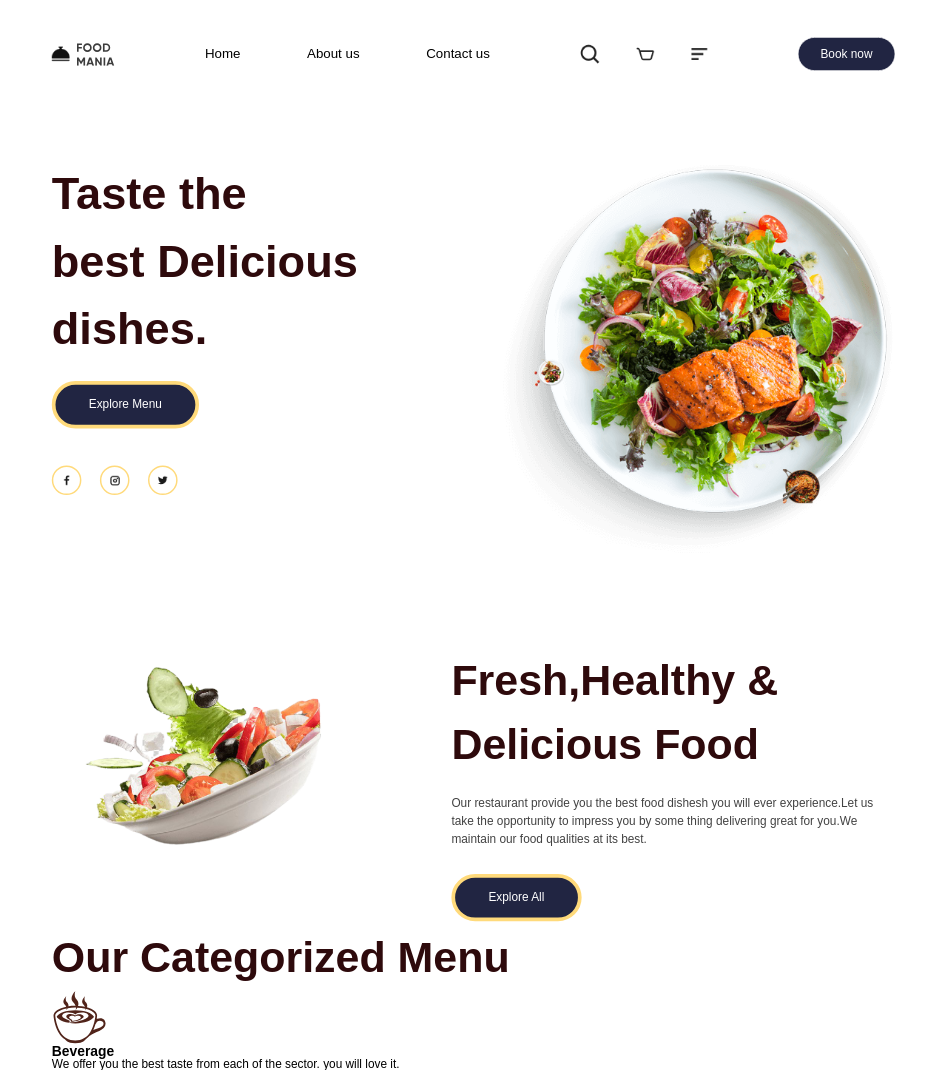
Repository: hoang0508/Figmafood
Page: index.html
The author's editor kept a copy of each file at every save. The page is drawn from the files as they stood at one save, then again after the next save.
The browser window is 1280 px wide. The pictures show the whole page, at 74% of full size.
The style sheet was rebuilt from its Sass, Less or Tailwind sources for each picture, by a compiler version that may differ from the author's.

Above is the page before, as saved 2021-11-08 10:18:54.

### index.html
<!DOCTYPE html>
<html lang="en">
  <head>
    <meta charset="UTF-8" />
    <meta http-equiv="X-UA-Compatible" content="IE=edge" />
    <meta name="viewport" content="width=device-width, initial-scale=1.0" />
    <title>LandingPage Food</title>
    <link
      rel="stylesheet"
      href="https://cdnjs.cloudflare.com/ajax/libs/font-awesome/4.7.0/css/font-awesome.min.css"
      integrity="sha512-SfTiTlX6kk+qitfevl/7LibUOeJWlt9rbyDn92a1DqWOw9vWG2MFoays0sgObmWazO5BQPiFucnnEAjpAB+/Sw=="
      crossorigin="anonymous"
      referrerpolicy="no-referrer"
    />
    <link rel="preconnect" href="https://fonts.googleapis.com" />
    <link rel="preconnect" href="https://fonts.gstatic.com" crossorigin />
    <link
      href="https://fonts.googleapis.com/css2?family=Poppins:wght@300;400;500;600;700&display=swap"
      rel="stylesheet"
    />
    <link rel="stylesheet" href="./css/app.css" />
  </head>
  <body>
    <div class="wrapper">
      <header class="header">
        <div class="container">
          <div class="header-container d-flex--between">
            <div class="header-logo d-flex--center">
              <img src="./images/logo.png" alt="" />
              <img src="./images/FOOD MANIA.svg" alt="" />
            </div>
            <ul class="header-list d-flex--center">
              <li class="header-item">
                <a href="#" class="header-link">Home</a>
              </li>
              <li class="header-item">
                <a href="#" class="header-link">About us</a>
              </li>
              <li class="header-item">
                <a href="#" class="header-link">Contact us</a>
              </li>
            </ul>
            <div class="header-icon d-flex--center">
              <a href="#" class="icon-link">
                <img src="./images/icon-search.png" alt="" />
              </a>
              <a href="#" class="icon-link">
                <img src="./images/icon-cart.png" alt="" />
              </a>
              <a href="#" class="icon-link">
                <img src="./images/icon-bars.png" alt="" />
              </a>
            </div>
            <button class="button button--primary">Book now</button>
          </div>
        </div>
      </header>
      <main>
        <section class="hero">
          <div class="container">
            <div class="hero-container d-flex--between">
              <div class="hero-content">
                <h3 class="hero-title">
                  Taste the <span>best Delicious</span> dishes.
                </h3>
                <button class="button button--primary button--secondary">
                  Explore Menu
                </button>
                <div class="hero-social d-flex--center">
                  <a href="#" class="social-icon">
                    <img src="./images/facebook.png" alt="" />
                  </a>
                  <a href="#" class="social-icon">
                    <img src="./images/instagram.png" alt="" />
                  </a>
                  <a href="#" class="social-icon">
                    <img src="./images/twitter.png" alt="" />
                  </a>
                </div>
              </div>
              <div class="hero-image">
                <div class="hero-image--big">
                  <img
                    src="./images/kisspng-hamburger-street-food-seafood-fast-food-delicious-food-5a75083cceaf41 1.png"
                    alt=""
                  />
                </div>
                <div class="hero-image--small-top">
                  <img src="./images/dlf 1.png" alt="" />
                </div>
                <div class="hero-image--small-bottom">
                  <img
                    src="./images/Pad-Thai_1-removebg-preview 1.png"
                    alt=""
                  />
                </div>
              </div>
            </div>
          </div>
        </section>
        <section class="about">
          <div class="container">
            <div class="about-container d-flex--between">
              <div class="about-image">
                <img
                  src="./images/imgbin-greek-salad-recipe-vegetarian-cuisine-everyday-super-food-salad-plate-gEMC3ig2LzciXACd5pm3EKWBe-removebg-preview 1.png"
                  alt=""
                />
              </div>
              <div class="about-content">
                <h3 class="heading-title">Fresh,Healthy & Delicious Food</h3>
                <p class="text-desc">
                  Our restaurant provide you the best food dishesh you will ever
                  experience.Let us take the opportunity to impress you by some
                  thing delivering great for you.We maintain our food qualities
                  at its best.
                </p>
                <button class="button button--primary button--secondary">
                  Explore All
                </button>
              </div>
            </div>
          </div>
        </section>
        <section class="menu">
          <div class="container">
            <div class="menu-container">
              <h3 class="heading-title">Our Categorized Menu</h3>
              <div class="menu-list">
                <div class="menu-item">
                  <div class="menu-image">
                    <img
                      src="./images/emojione-monotone_hot-beverage.svg"
                      alt=""
                    />
                  </div>
                  <h3 class="menu-title">Beverage</h3>
                  <p class="menu-desc">
                    We offer you the best taste from each of the sector. you
                    will love it.
                  </p>
                </div>
              </div>
            </div>
          </div>
        </section>
      </main>
    </div>
  </body>
</html>

### sass/app.scss
@import "variable";
@import "reset";
@import "global";
@import "typography";
@import "header";
@import "hero";
@import "about";

### sass/variable.scss
$primary-color: #212542;
$secondary-color: #2e0a0c;
$border-color: #ffda7b;
$text-color-box: #424242;
$text-color-small: #747474;

### sass/reset.scss
html {
  box-sizing: border-box;
}
* {
  margin: 0;
  padding: 0;
}
*,
*:before,
*:after {
  box-sizing: border-box;
}
input,
textarea,
select,
button {
  outline: none;
}
input {
  line-height: normal;
}
label,
button {
  cursor: pointer;
}
a {
  text-decoration: none;
}
img {
  display: block;
  max-width: 100%;
}

ul,
li {
  list-style: none;
}

### sass/global.scss
.wrapper {
  max-width: 1440px;
  margin: 0 auto;
  overflow: hidden;
}

.container {
  max-width: 1170px;
  margin: 0 auto;
  padding: 0 15px;
}

body {
  font-family: "Popins", sans-serif;
  line-height: 1;
  font-size: 16px;
}

body::-webkit-scrollbar {
  width: 7px;
}

body::-webkit-scrollbar-thumb {
  background-color: $primary-color;
  border-radius: 10px;
}

.d-flex--center {
  display: flex;
  align-items: center;
}

.d-flex--between {
  display: flex;
  justify-content: space-between;
  align-items: center;
}

.button {
  display: inline-block;
  color: #fff;
  background-color: $primary-color;
  border: 0;
  &--primary {
    font-size: 16px;
    font-weight: 500;
    line-height: calc(24 / 16);
    padding: 10px 30px;
    background: #212542;
    border: 1.5px solid #ffffff;
    border-radius: 100px;
    display: flex;
    align-items: center;
    justify-content: center;
  }
  &--secondary {
    padding: 15px 45px;
    border-width: 5px;
    border-color: $border-color;
  }
}

### sass/typography.scss
.heading-title {
  font-size: 58px;
  font-weight: 600;
  line-height: calc(87 / 58);
  color: $secondary-color;
}

.text-desc {
  font-size: 16px;
  font-weight: 500;
  line-height: calc(27 / 18);
  padding: 25px 0 35px;
  color: $text-color-box;
}

### sass/_header.scss
.header {
  margin-top: 50px;
  margin-bottom: 121px;
  &-logo {
    gap: 10px;
  }
  &-list {
    gap: 0 90px;
    font-size: 18px;
    font-weight: 500;
  }
  &-item {
    position: relative;
  }
  &-link {
    position: relative;
    color: #000000;
  }
  &-link:after {
    content: "";
    position: absolute;
    display: block;
    width: 0;
    height: 3px;
    background-color: $primary-color;
    bottom: -8px;
    border-radius: 5px;
    transition: all 0.3s linear;
  }
  &-link:hover::after {
    width: 100%;
    transition: all 0.3s linear;
  }
  &-icon {
    gap: 0 50px;
  }
}

### sass/_hero.scss
.hero {
  padding-bottom: 120px;
  &-container {
    align-items: stretch;
  }
  &-content {
    max-width: 455px;
    width: 100%;
  }
  &-title {
    font-size: 61px;
    line-height: calc(91 / 61);
    color: $secondary-color;
    font-weight: 600;
    padding-bottom: 25px;
    span {
      display: block;
    }
  }
  &-social {
    padding-top: 50px;
    gap: 0 25px;
    a.social-icon {
      width: 40px;
      height: 40px;
      border: 2px solid $border-color;
      border-radius: 100rem;
      display: flex;
      justify-content: center;
      align-items: center;
    }
  }
  &-image {
    position: relative;
  }
  &-image--big {
    position: relative;
  }
  &-image--small-top {
    position: absolute;
    left: 0;
    top: 50%;
    transform: translateX(50%);
    width: 100px;
  }
  &-image--small-bottom {
    position: absolute;
    bottom: 70px;
    right: 100px;
  }
}

### sass/_about.scss
.about {
  &-container {
    gap: 170px;
  }
  &-content {
    max-width: 600px;
    width: 100%;
  }
}

After the next save:
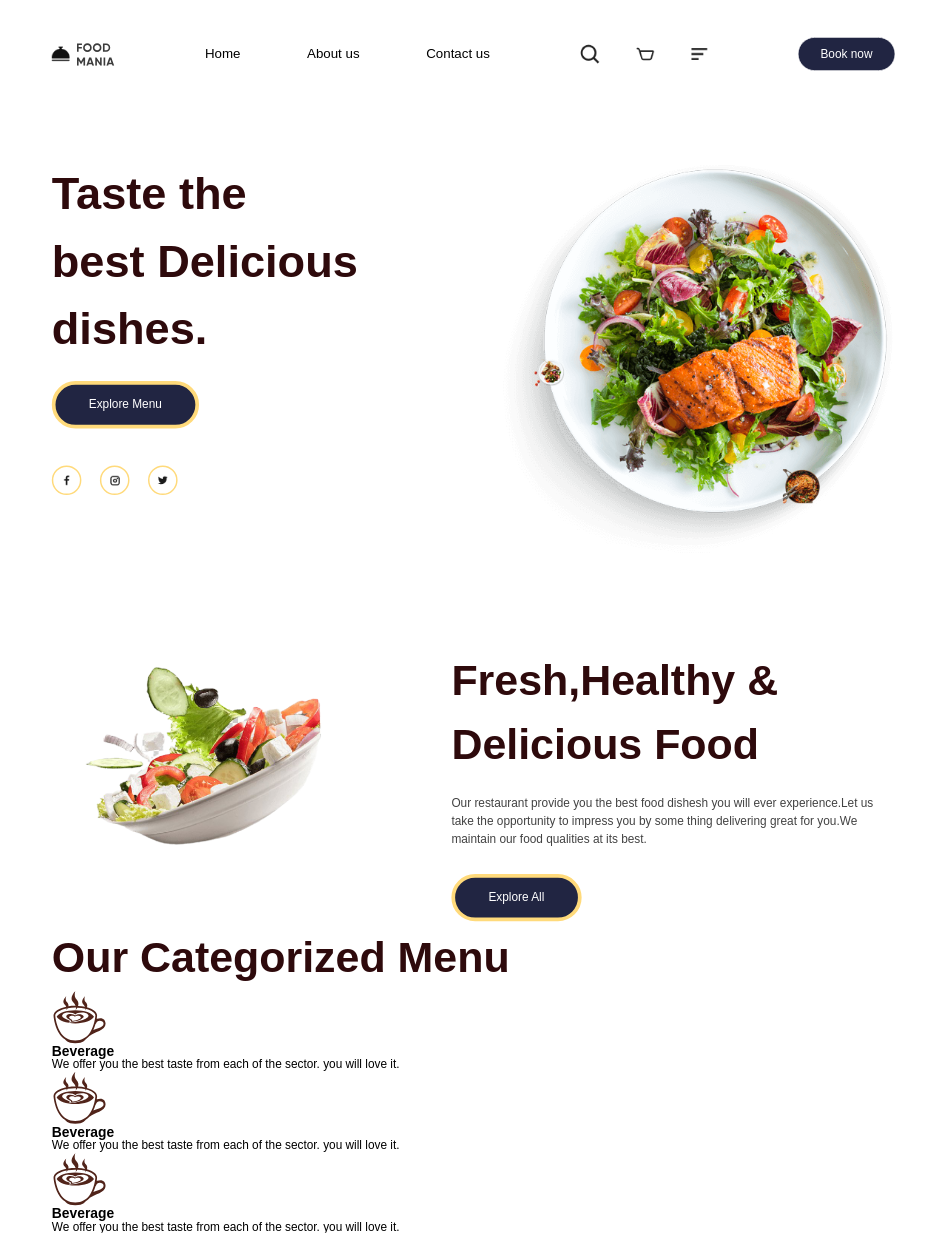
Saved 8 s later.
--- a/index.html
+++ b/index.html
@@ -140,6 +140,32 @@
                     will love it.
                   </p>
                 </div>
+                <div class="menu-item">
+                  <div class="menu-image">
+                    <img
+                      src="./images/emojione-monotone_hot-beverage.svg"
+                      alt=""
+                    />
+                  </div>
+                  <h3 class="menu-title">Beverage</h3>
+                  <p class="menu-desc">
+                    We offer you the best taste from each of the sector. you
+                    will love it.
+                  </p>
+                </div>
+                <div class="menu-item">
+                  <div class="menu-image">
+                    <img
+                      src="./images/emojione-monotone_hot-beverage.svg"
+                      alt=""
+                    />
+                  </div>
+                  <h3 class="menu-title">Beverage</h3>
+                  <p class="menu-desc">
+                    We offer you the best taste from each of the sector. you
+                    will love it.
+                  </p>
+                </div>
               </div>
             </div>
           </div>
